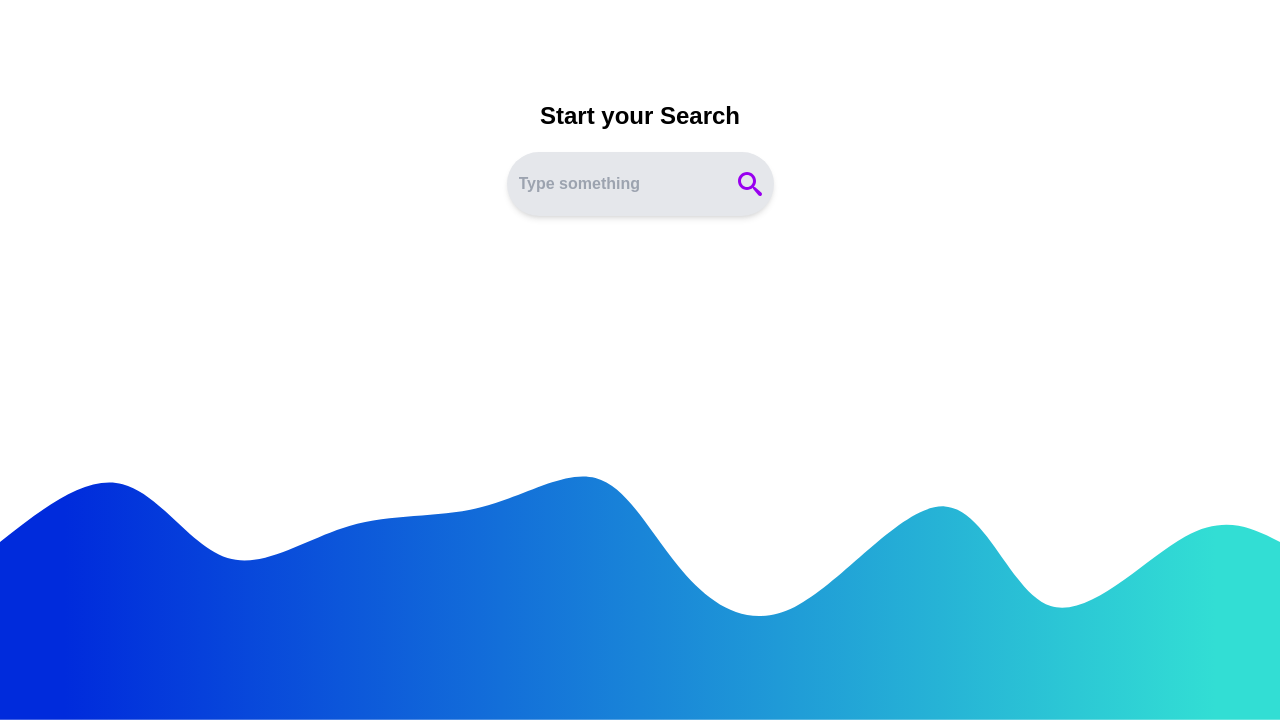
Repository: evergreenx/dictionary-octo
Page: /
The author's editor kept a copy of each file at every save. The page is drawn from the files as they stood at one save, then again after a run of saves.
The browser window is 1280 px wide. The pictures show the whole page.
The project was rebuilt for these pictures with package versions that can differ from the ones it lists, and the page was loaded fresh each time. The framework's server and built-in components were replaced by stand-ins that run in the browser. Also part of the build but not shown: next.config.js.

Above is the page before, as saved 2022-04-30 15:06:31.

### pages/index.js
import Head from "next/head";
import Image from "next/image";
import bgimage from "../public/bg.svg";

import { ImSearch } from "react-icons/im";

export default function Home() {
  return (
    <div>
      <Head>
        <title>Create Next App</title>
        <meta name="description" content="Generated by create next app" />
        <link rel="icon" href="/favicon.ico" />
      </Head>

      <main className=" flex flex-col justify-center items-center py-20">
        <div className="input--container">
          <h1 className="text-2xl font-bold text-center py-5">
            Start your Search
          </h1>

          <div className="flex items-center bg-gray-200 shadow-md rounded-full py-3 px-3">
            <input
              className="input--text bg-gray-200 font-bold outline-none py-2"
              type="text"
              placeholder="Type something"
            />

            <ImSearch className="text-[#9900efff] text-2xl" />
          </div>
        </div>
      </main>
    </div>
  );
}

### styles/globals.css
@tailwind base;
@tailwind components;
@tailwind utilities;

@import url("https://fonts.googleapis.com/css2?family=Quicksand&display=swap");

* {
  box-sizing: border-box;
  margin: 0;
  padding: 0;
}

body {
  background-image: url("../public/bg.svg");
  background-repeat: no-repeat;
  background-size: contain;
  background-position: bottom;

  height: 100vh;
  font-family: "Quicksand", sans-serif;
}

a {
  color: inherit;
  text-decoration: none;
}

Loaded but not shown: pages/_app.js (common file); tailwind.config.js (common file)

After the next 2 saves:
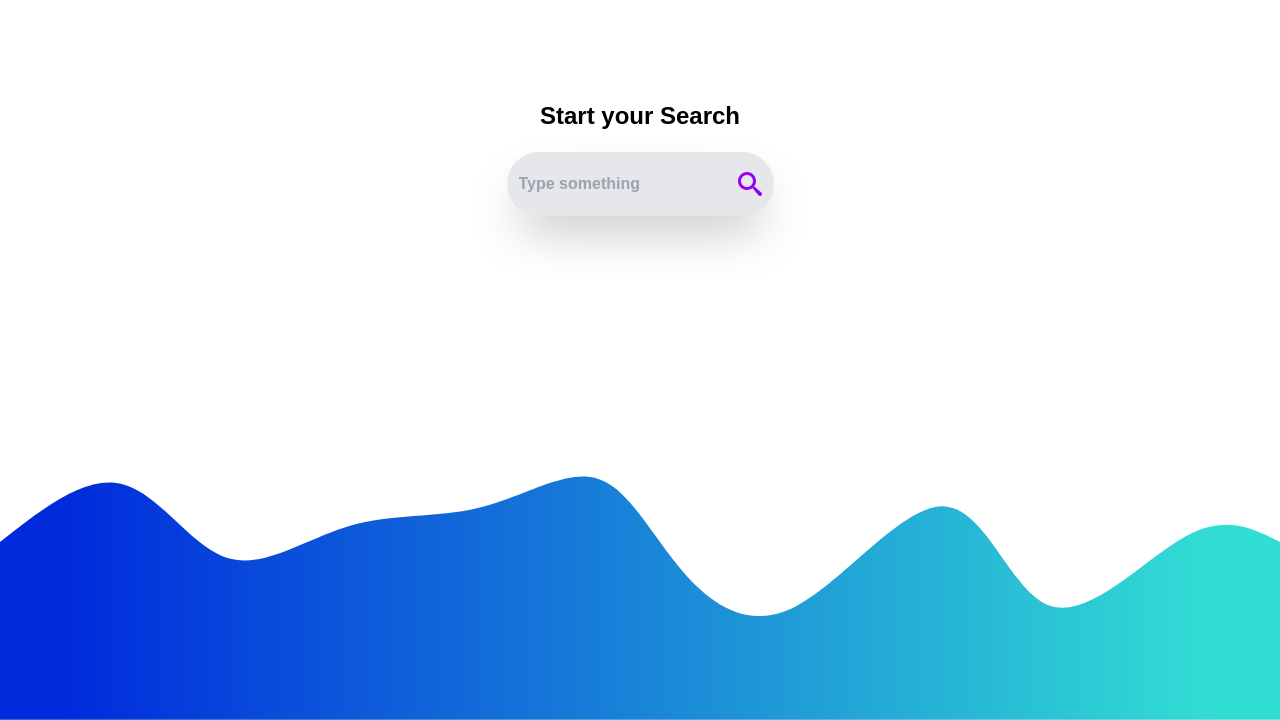
The 2 saves are shown as one change because they came seconds apart.
The last was saved 17 s later.
--- a/pages/index.js
+++ b/pages/index.js
@@ -19,7 +19,7 @@ export default function Home() {
             Start your Search
           </h1>
 
-          <div className="flex items-center bg-gray-200 shadow-md rounded-full py-3 px-3">
+          <div className="flex items-center bg-gray-200 shadow-2xl rounded-full py-3 px-3">
             <input
               className="input--text bg-gray-200 font-bold outline-none py-2"
               type="text"
